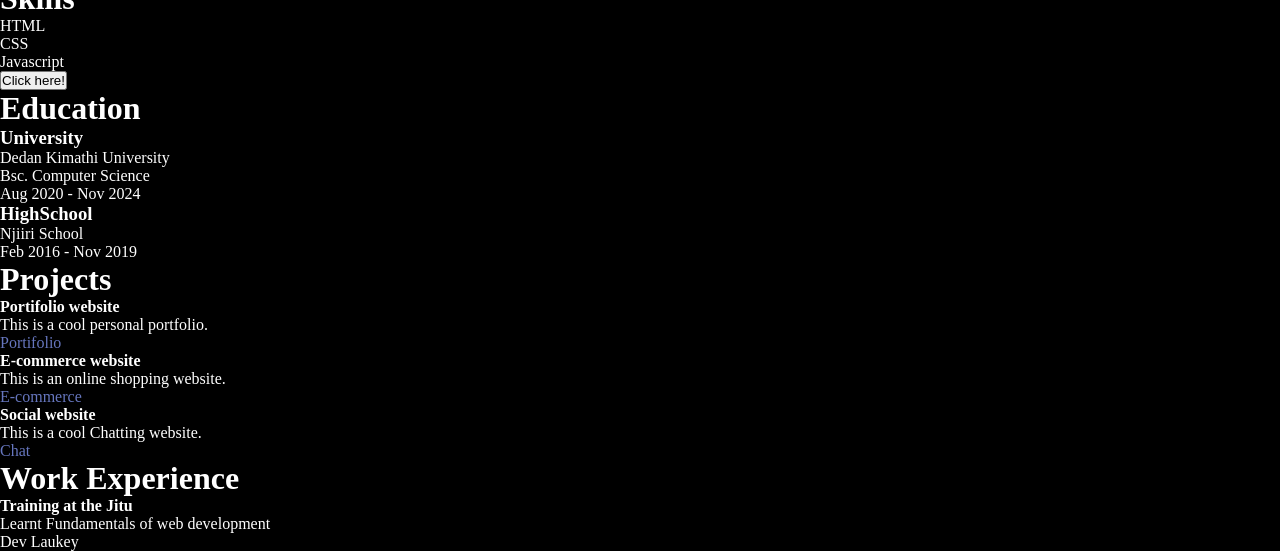
Repository: LaukeyMwaura/Jitu-Day-2
Page: index.html
The author's editor kept a copy of each file at every save. The page is drawn from the files as they stood at one save, then again after the next save.
The browser window is 1280 px wide. The pictures show the part of the page from y = 640 to 1267 px (the page is 1191 px tall before and 1267 px after).
A picture or video elsewhere on the page could not be fetched, so the positions and the page height are approximate.

Above is the page before, as saved 2022-05-12 00:30:57.

### index.html
<!DOCTYPE html>
<html lang="en">
  <head>
    <meta charset="UTF-8" />
    <meta http-equiv="X-UA-Compatible" content="IE=edge" />
    <meta name="viewport" content="width=device-width, initial-scale=1.0" />
    <title>First Site</title>
    <link rel="stylesheet" href="./style.css">
  </head>
  <body>
    <nav class="nav">
      <ul class="list" style="list-style-type: circle">
        <li><a href="#about">About </a></li>
        <li><a href="#skills">Skills </a></li>
        <li><a href="#education">Education </a></li>
        <li><a href="#projects">Projects </a></li>
        <li><a href="#work">Work </a></li>
      </ul>
    </nav>
    <div id="about">
      <h1 class="heading" id="about-me">About Me</h1>
      <div class="about">
        <p class="text">Music Lover

        </p>
        <br>
         <p class="text"> Programming Enthusiast.</p>
          <p class="text">Let's connect:</p>
      <ul class="links">
     <li><a class="link" target="_blank" href="https://devlaukey.netlify.com/">Website</a></li>

        <li> <a target="_blank" href="https://www.linkedin.com/in/devlaukey/"
        >LinkedIn</a
      ></li>
        <li>
      <a target="_blank" href="https://github.com/DevLaukey">Github</a></li>
      </ul>

      <img
        height="450"
        weight="450"
        src="https://devlaukey.netlify.app/uploads/me.jpeg"
        alt=""
      />

      </div>


    </div>
    <div class="skills" id="skills" >
      <h1>Skills</h1>
      <ul>
        <li id="html">HTML</li>
        <li>CSS</li>
        <li>Javascript</li>
      </ul>
    </div>
    <button>
      Click here!
    </button>
    <div class="education" id="education">
      <h1>Education</h1>
      <div class="">
        <h3>University</h3>
        <p>Dedan Kimathi University</p>
        <p>Bsc. Computer Science</p>
        <p>Aug 2020 - Nov 2024</p>
      </div>
      <div>
        <h3>HighSchool</h3>
        <p>Njiiri School</p>
        <p>Feb 2016 - Nov 2019</p>
      </div>
    </div>
    <div class="project" id="projects">
      <h1>Projects</h1>
      <div class="project" >
        <h4>Portifolio website</h4>
        <p>This is a cool personal portfolio.</p>
        <a href="https://devlaukey.netlify.app/">Portifolio</a>
      </div>
      <div class="project">
        <h4>E-commerce website</h4>
        <p>This is an online shopping website.</p>
        <a href="https://victor-100.web.app/">E-commerce</a>
      </div>
      <div class="project">
        <h4>Social website</h4>
        <p>This is a cool Chatting website.</p>
        <a href="https://messenger-clone-70550.web.app/">Chat</a>
      </div>
    </div>
    <div id="work" class="work">
      <h1>Work Experience</h1>
      <div>
        <h4>Training at the Jitu</h4>
        <p>Learnt Fundamentals of web development</p>
      </div>
    </div>

    <footer>
      <p>Dev Laukey</p>
    </footer>
  </body>
</html>

### style.css
*{
    margin: 0;
    padding: 0;
    box-sizing: border-box;
}
body {
    background-color: black;
    color: white;
}
.about {
    font-family:Impact, Haettenschweiler, 'Arial Narrow Bold', sans-serifs;
}
.heading{
    text-align: center;
    font-size: 2em;
    font-family:Impact, Haettenschweiler, 'Arial Narrow Bold', sans-serifs;
    margin: 1em;
}
.list{
    display: flex;
    text-align: center;
    justify-content: center;
    overflow: hidden;
}

.list>li{
    margin: 10px 5px ;
    font-size: 1.5rem;
    padding: 10px 10px 0 10px;
    font-family: 'Courier New', Courier, monospace;

}
li{
    list-style: none;
}
.links{
    padding:10px;

}
a{
    text-decoration: none;
    color: rgb(102, 118, 190);

}

.text {
    font-size: 1.5em;
    font-family: 'Lucida Sans', 'Lucida Sans Regular', 'Lucida Grande', 'Lucida Sans Unicode', Geneva, Verdana, sans-serif;
}

.about{
    display: flex;

    justify-content: space-evenly;
}

After the next save:
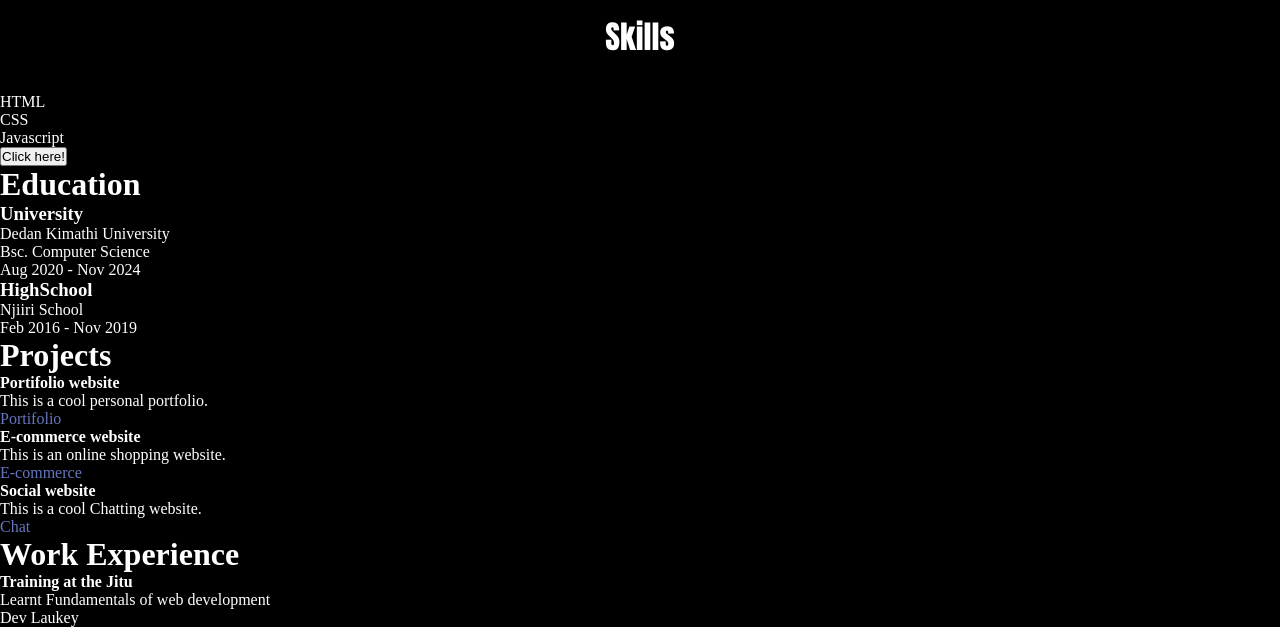
Saved 8 s later.
--- a/index.html
+++ b/index.html
@@ -48,7 +48,7 @@
 
     </div>
     <div class="skills" id="skills" >
-      <h1>Skills</h1>
+      <h1 class="heading">Skills</h1>
       <ul>
         <li id="html">HTML</li>
         <li>CSS</li>
